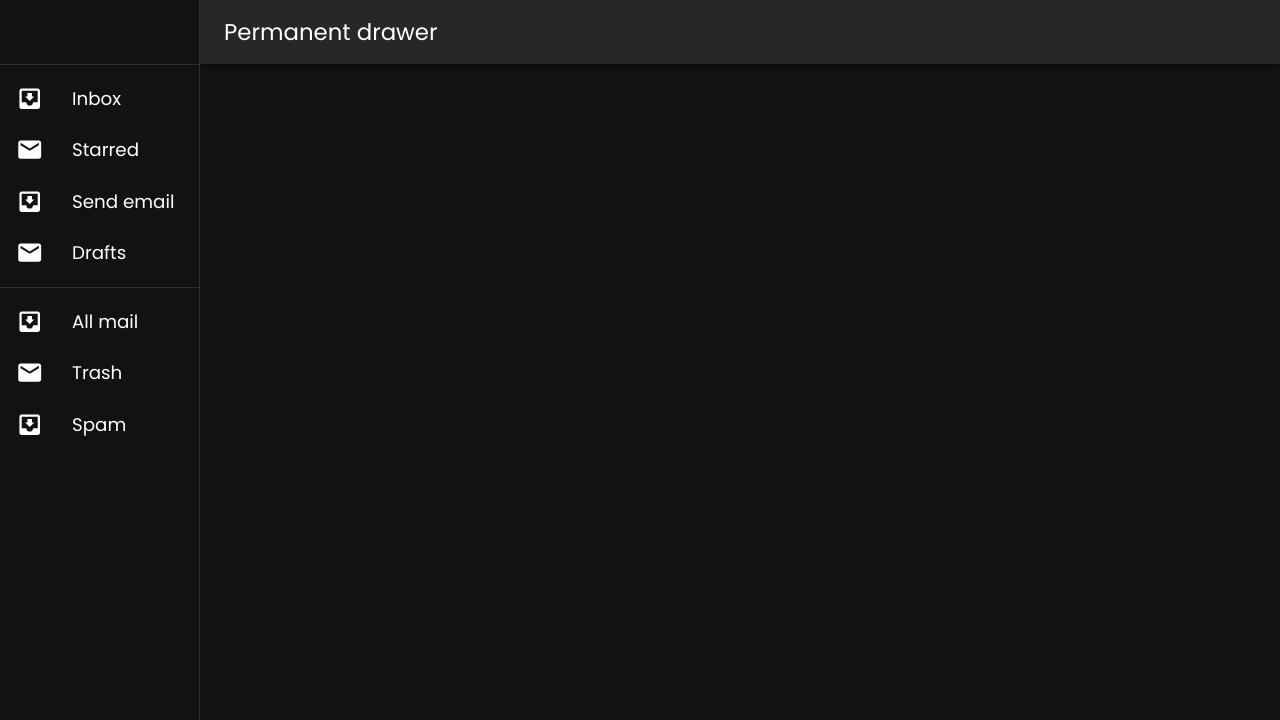
Repository: rutsguifd/the-movie-site
Page: /
These files come from the project's save history. The page is drawn as it stood at one moment and after the next save; the edit follows.
The browser window is 1280 px wide. The pictures show the whole page.
The page's requests for data from a server got no answer. The project was rebuilt for these pictures with package versions that can differ from the ones it lists, and the page was loaded fresh each time. No one was signed in, and anything a server would have sent is missing. Also part of the build but not shown: src/components/MovieCard/MovieCard.tsx. Imported but missing from the stored project, and not drawn on this page: src/utils/constants.

Above is the page before, as saved 2023-06-23 23:02:26.

### public/index.html
<!DOCTYPE html>
<html lang="en">
  <head>
    <meta charset="utf-8" />
    <link rel="icon" href="%PUBLIC_URL%/favicon.ico" />
    <link rel="preconnect" href="https://fonts.googleapis.com">
    <link rel="preconnect" href="https://fonts.gstatic.com" crossorigin>
    <link href="https://fonts.googleapis.com/css2?family=Poppins:wght@100;200;300;400;600;700;800&display=swap" rel="stylesheet">
    <meta name="viewport" content="width=device-width, initial-scale=1" />
    <meta name="theme-color" content="#000000" />
    <meta
      name="description"
      content="Web site created using create-react-app"
    />
    <link rel="apple-touch-icon" href="%PUBLIC_URL%/logo192.png" />
    <!--
      manifest.json provides metadata used when your web app is installed on a
      user's mobile device or desktop. See https://developers.google.com/web/fundamentals/web-app-manifest/
    -->
    <link rel="manifest" href="%PUBLIC_URL%/manifest.json" />
    <!--
      Notice the use of %PUBLIC_URL% in the tags above.
      It will be replaced with the URL of the `public` folder during the build.
      Only files inside the `public` folder can be referenced from the HTML.

      Unlike "/favicon.ico" or "favicon.ico", "%PUBLIC_URL%/favicon.ico" will
      work correctly both with client-side routing and a non-root public URL.
      Learn how to configure a non-root public URL by running `npm run build`.
    -->
    <title>React App</title>
  </head>
  <body>
    <noscript>You need to enable JavaScript to run this app.</noscript>
    <div id="root"></div>
    <!--
      This HTML file is a template.
      If you open it directly in the browser, you will see an empty page.

      You can add webfonts, meta tags, or analytics to this file.
      The build step will place the bundled scripts into the <body> tag.

      To begin the development, run `npm start` or `yarn start`.
      To create a production bundle, use `npm run build` or `yarn build`.
    -->
  </body>
</html>

### src/index.tsx
import { CssBaseline } from "@mui/material";
import React from "react";
import ReactDOM from "react-dom/client";
import { Provider } from "react-redux";
import App from "./App";
import { setupStore } from "./store";
import { ColorModeContextProvider } from "./UIConfig/ThemeConfigProvider";

const store = setupStore();

const root = ReactDOM.createRoot(
  document.getElementById("root") as HTMLElement
);
root.render(
  <ColorModeContextProvider>
    <Provider store={store}>
      <CssBaseline>
        <App />
      </CssBaseline>
    </Provider>
  </ColorModeContextProvider>
);

### src/App.tsx
import TopRated from "./components/MovieLists/TopRated";
import PermanentDrawerLeft from "./layout/MainLayout";

function App() {
  return (
    <div>
      <PermanentDrawerLeft>
        <TopRated />
      </PermanentDrawerLeft>
    </div>
  );
}

export default App;

### src/store/index.ts
import { combineReducers, configureStore } from "@reduxjs/toolkit";
import { filmAPI } from "./services/FilmService";
import { api } from "./services";

const rootReducer = combineReducers({
  [filmAPI.reducerPath]: filmAPI.reducer,
});

export const setupStore = () => {
  return configureStore({
    reducer: rootReducer,
    middleware: (getDefaultMiddleware) => {
      return getDefaultMiddleware().concat(api.middleware);
    },
  });
};

export type RootState = ReturnType<typeof rootReducer>;
export type AppStore = ReturnType<typeof setupStore>;
export type AppDispatch = AppStore["dispatch"];

### src/UIConfig/ThemeConfigProvider.tsx
import { createTheme, ThemeProvider } from "@mui/material";
import { createContext, FC, useContext, useMemo, useState } from "react";

interface MyPaletteOptions {
  additional: {
    borderColor: string;
    shadowColor: string;
  };
}

declare module "@mui/material/styles/createPalette" {
  interface Palette extends MyPaletteOptions {}
  interface PaletteOptions extends MyPaletteOptions {}
}

interface IColorModeContext {
  toggleColorMode: () => void;
  mode: "dark" | "light";
}

const ColorModeContext = createContext<IColorModeContext>({
  toggleColorMode: () => {},
  mode: "light",
});

interface ColorModeContextProviderProps {
  children: React.ReactNode;
}

export const ColorModeContextProvider: FC<ColorModeContextProviderProps> = ({
  children,
}) => {
  const [mode, setMode] = useState<"light" | "dark">("dark");

  const colorMode = useMemo(
    () => ({
      toggleColorMode: () => {
        setMode((prevMode) => (prevMode === "light" ? "dark" : "light"));
      },
      mode,
    }),
    [mode]
  );

  const Theme = useMemo(
    () =>
      createTheme({
        typography: {
          fontFamily: "Poppins, sans-serif",
          fontSize: 16,
        },
        palette: {
          mode,
          primary: {
            light: "#D7DEFF",
            main: "#21201E",
            //dark: "#002884",
            contrastText: "#000",
          },
          secondary: {
            //light: "#ff7961",
            main: "#3459E5",
            //dark: "#ba000d",
            contrastText: "#fff",
          },
          additional: {
            borderColor: "#EFEFEF",
            shadowColor: "#EFEFEF",
          },
        },
      }),
    [mode]
  );

  return (
    <ColorModeContext.Provider value={colorMode}>
      <ThemeProvider theme={Theme}>{children}</ThemeProvider>
    </ColorModeContext.Provider>
  );
};

export const useColorMode = () => useContext(ColorModeContext);

### src/components/MovieLists/TopRated/index.ts
import { TopRated } from "./TopRated";

export default TopRated;

### src/layout/MainLayout.tsx
import * as React from "react";
import Box from "@mui/material/Box";
import Drawer from "@mui/material/Drawer";
import CssBaseline from "@mui/material/CssBaseline";
import AppBar from "@mui/material/AppBar";
import Toolbar from "@mui/material/Toolbar";
import List from "@mui/material/List";
import Typography from "@mui/material/Typography";
import Divider from "@mui/material/Divider";
import ListItem from "@mui/material/ListItem";
import ListItemButton from "@mui/material/ListItemButton";
import ListItemIcon from "@mui/material/ListItemIcon";
import ListItemText from "@mui/material/ListItemText";
import InboxIcon from "@mui/icons-material/MoveToInbox";
import MailIcon from "@mui/icons-material/Mail";
import { Props } from "@react-three/fiber";
import { Container } from "@mui/material";

const drawerWidth = 200;

export default function PermanentDrawerLeft({ children }: Props) {
  return (
    <Container sx={{ display: "flex" }}>
      <CssBaseline />
      <AppBar
        position="fixed"
        sx={{ width: `calc(100% - ${drawerWidth}px)`, ml: `${drawerWidth}px` }}
      >
        <Toolbar>
          <Typography variant="h6" noWrap component="div">
            Permanent drawer
          </Typography>
        </Toolbar>
      </AppBar>
      <Drawer
        sx={{
          width: drawerWidth,
          flexShrink: 0,
          "& .MuiDrawer-paper": {
            width: drawerWidth,
            boxSizing: "border-box",
          },
        }}
        variant="permanent"
        anchor="left"
      >
        <Toolbar />
        <Divider />
        <List>
          {["Inbox", "Starred", "Send email", "Drafts"].map((text, index) => (
            <ListItem key={text} disablePadding>
              <ListItemButton>
                <ListItemIcon>
                  {index % 2 === 0 ? <InboxIcon /> : <MailIcon />}
                </ListItemIcon>
                <ListItemText primary={text} />
              </ListItemButton>
            </ListItem>
          ))}
        </List>
        <Divider />
        <List>
          {["All mail", "Trash", "Spam"].map((text, index) => (
            <ListItem key={text} disablePadding>
              <ListItemButton>
                <ListItemIcon>
                  {index % 2 === 0 ? <InboxIcon /> : <MailIcon />}
                </ListItemIcon>
                <ListItemText primary={text} />
              </ListItemButton>
            </ListItem>
          ))}
        </List>
      </Drawer>
      <Box
        component="main"
        sx={{ flexGrow: 1, bgcolor: "background.default", p: 3 }}
      >
        <Toolbar />
        {children}
      </Box>
    </Container>
  );
}

### src/store/services/FilmService.ts
import { api } from ".";
import { ISearchResponse, SearchQuery } from "../responses/SearchResponse";

export const filmAPI = api.injectEndpoints({
  endpoints: (build) => ({
    getMovieBySearch: build.query<ISearchResponse, SearchQuery>({
      query: ({ searchQuery, page }) =>
        `search/movie?query=${searchQuery}&include_adult=false&language=en-US&page=${page}`,
    }),
    getTrendingMovies: build.query<ISearchResponse, void>({
      query: () => `trending/all/day?language=en-US`,
    }),
  }),
});

### src/store/services/index.ts
import { createApi, fetchBaseQuery } from "@reduxjs/toolkit/dist/query/react";

const BASE_URL = "https://api.themoviedb.org/3/";

export const api = createApi({
  reducerPath: "filmAPI",
  baseQuery: fetchBaseQuery({
    baseUrl: BASE_URL,
    prepareHeaders(headers) {
      headers.set(
        "Authorization",
        "Bearer eyJhbGciOiJIUzI1NiJ9.eyJhdWQiOiJhNDFjMTcyN2I3NWQ4YzBjMDBlZGQ5NmU2NDc4ZDBhMyIsInN1YiI6IjY0OTIwZDE0MmY4ZDA5MDExZDI1ZmQ2ZSIsInNjb3BlcyI6WyJhcGlfcmVhZCJdLCJ2ZXJzaW9uIjoxfQ.TFk7R2yjc0wHQoUW_71ZjR-zgj0yjSVv1IfFuRcpi0Q"
      );
    },
  }),
  tagTypes: ["Film"],
  endpoints: (build) => ({}),
});

### src/components/MovieLists/TopRated/TopRated.tsx
import { filmAPI } from "../../../store/services/FilmService";
import { MovieList } from "../../MovieList/MovieList";

export const TopRated = () => {
  const { data: movieList } = filmAPI.useGetTrendingMoviesQuery();
  return (
    <>
      <MovieList movieList={movieList} />
    </>
  );
};

### src/components/MovieList/MovieList.tsx
import { Grid } from "@mui/material";
import { FC } from "react";
import { ISearchResponse } from "../../store/responses/SearchResponse";
import MovieCard from "../MovieCard";

interface IMovieListProps {
  movieList?: ISearchResponse;
}

export const MovieList: FC<IMovieListProps> = ({ movieList }) => {
  console.log(movieList);

  return (
    <Grid
      container
      rowSpacing={2}
      columnGap={2}
      sx={{ justifyContent: "center" }}
    >
      {movieList?.results.map((movie) => (
        <Grid item xs="auto" key={movie.id}>
          <MovieCard movie={movie} />
        </Grid>
      ))}
    </Grid>
  );
};

### src/components/MovieCard/index.ts
import { MovieCard } from "./MovieCard";

export default MovieCard;

After the next save:
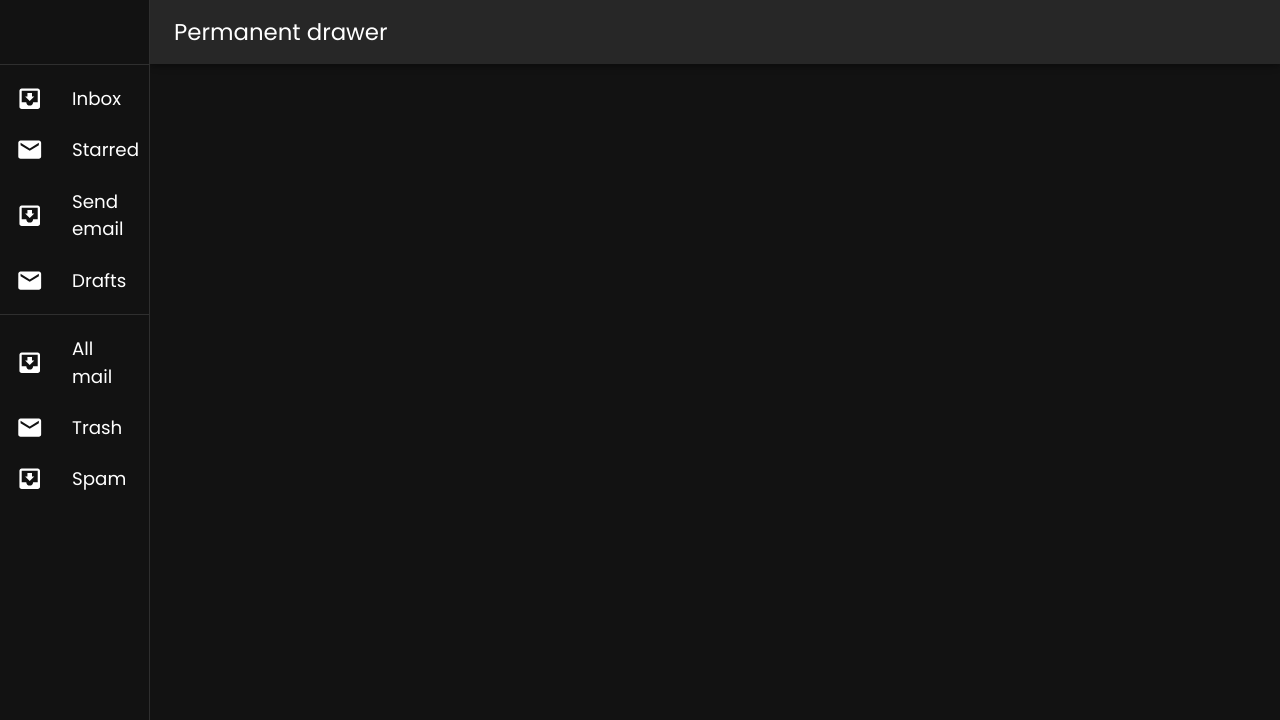
Saved 5 s later.
--- a/src/layout/MainLayout.tsx
+++ b/src/layout/MainLayout.tsx
@@ -16,7 +16,7 @@ import MailIcon from "@mui/icons-material/Mail";
 import { Props } from "@react-three/fiber";
 import { Container } from "@mui/material";
 
-const drawerWidth = 200;
+const drawerWidth = 150;
 
 export default function PermanentDrawerLeft({ children }: Props) {
   return (
